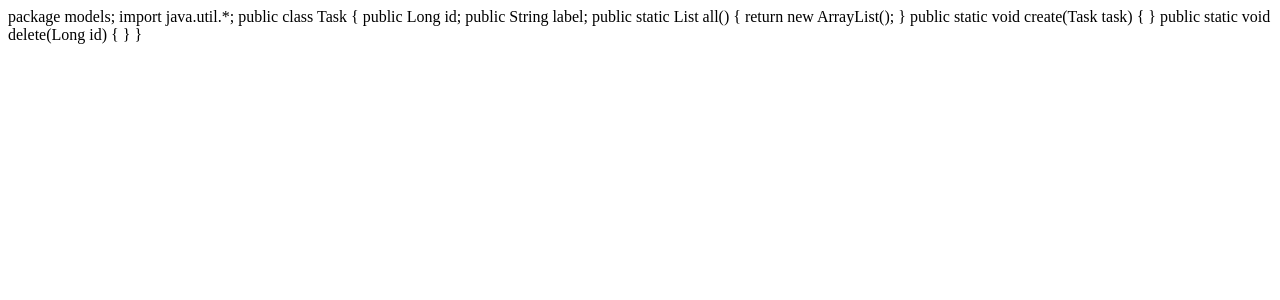
Repository: analuizamtg/si1
Page: lab2/todolist/.target/views/index.scala.html
The author's editor kept a copy of each file at every save. The page is drawn from the files as they stood at one save, then again after the next save.
The browser window is 1280 px wide. The pictures show the whole page.

Above is the page before, as saved 2013-11-24 19:53:22.

After the next save:
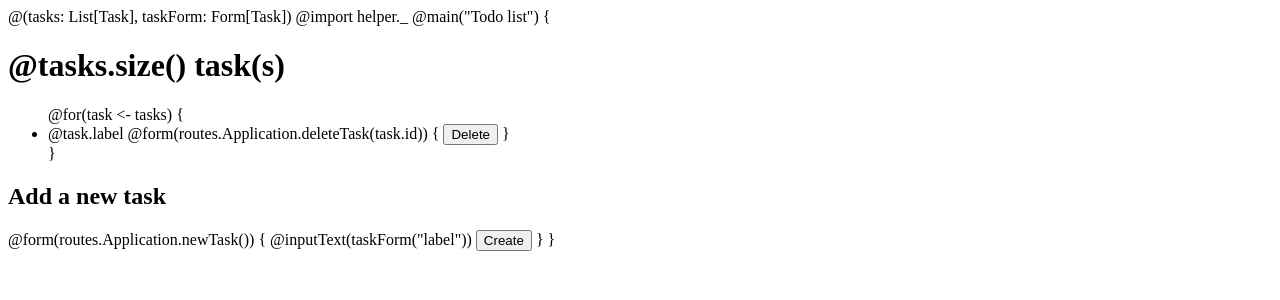
Saved 14 s later.
--- a/lab2/todolist/.target/views/index.scala.html
+++ b/lab2/todolist/.target/views/index.scala.html
@@ -1,20 +1,31 @@
-package models;
+@(tasks: List[Task], taskForm: Form[Task])
 
-import java.util.*;
+@import helper._
 
-public class Task {
+@main("Todo list") {
 
-  public Long id;
-  public String label;
+    <h1>@tasks.size() task(s)</h1>
 
-  public static List<Task> all() {
-    return new ArrayList<Task>();
-  }
+    <ul>
+        @for(task <- tasks) {
+            <li>
+                @task.label
 
-  public static void create(Task task) {
-  }
+                @form(routes.Application.deleteTask(task.id)) {
+                    <input type="submit" value="Delete">
+                }
+            </li>
+        }
+    </ul>
 
-  public static void delete(Long id) {
-  }
+    <h2>Add a new task</h2>
+
+    @form(routes.Application.newTask()) {
+
+        @inputText(taskForm("label"))
+
+        <input type="submit" value="Create">
+
+    }
 
 }
